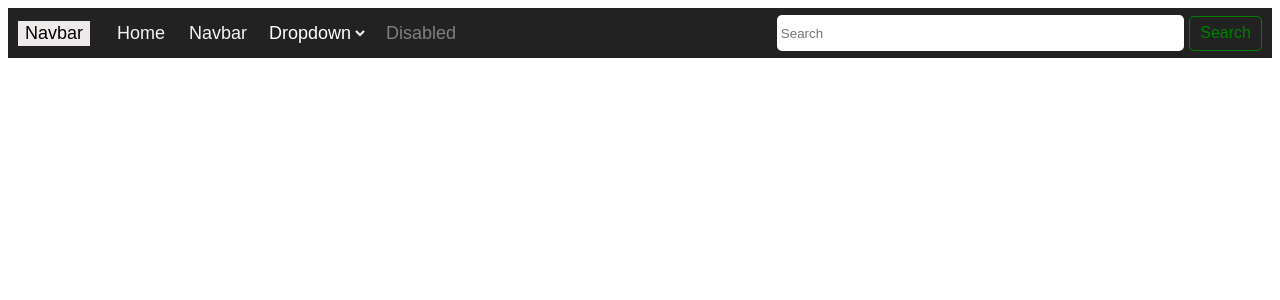
Repository: CryptoFamilyNFT/develhope
Page: html/svg.html
An editor plug-in stored every save of this project. The page is shown before and after the next save, followed by the edit.
The browser window is 1280 px wide. The pictures show the whole page.
The pointer rests on the first visible `.NavButton`.

Above is the page before, as saved 2024-11-02 11:15:06.

### html/svg.html
<!DOCTYPE html>
<html lang="en">

<head>
    <meta charset="UTF-8">
    <meta name="viewport" content="width=device-width, initial-scale=1.0">
    <title>Esercizio SVG</title>
</head>

<style>
    nav {
        background-color: #222;
        display: flex;
        flex-direction: row;
        height: 50px;
        width: 100%;
    }

    ul {
        list-style-type: none;
        display: flex;
        flex-direction: row;
        padding-inline-start: 10px;
        gap: 10px;
    }

    .BarSideLeft {
        padding-left: 10px;
    }

    select {
        background-color: transparent;
        font-size: 18px;
        font-size: large;
        color: white;
        border-color: transparent;
    }

    li {
        height: auto;
    }

    input {
        height: 60%;
        border: 2px solid transparent;
        border-radius: 5px;
        min-width: 50%;
        @media (max-width: 780px) {
            width: auto;
        }
    }

    .buttonSearch {
        padding: 5px 10px;
        height: 70%;
        background-color: transparent;
        border: 1px solid green;
        font-size: medium;
        border-radius: 5px;
        color: green
    }

    .GridBar {
        display: flex;
        flex-direction: row;
        grid-row: 1;
        align-items: center;
        width: 100%;
        height: 100%;
    }

    .RightSideBar {
        width: 100%;
        height: 100%;
        display: flex;
        flex-direction: row;
        justify-content: flex-end;
        padding-right: 10px;
        align-items: center;
        gap: 5px;
    }

    .LogoText {
        display: flex;
        flex-direction: row;
        padding-inline-start: 10px;
        align-items: center;
    }

    .NavButton {
        height: auto;
        background-color: transparent;
        border: 1px solid transparent;
        font-size: large;
        color: whitesmoke;
    }

    .NavButton:hover {
        background-color: rgb(239, 234, 234);
        color: black;
    }

    .NavButtonDisabled {
        height: auto;
        background-color: transparent;
        border: 1px solid transparent;
        font-size: large;
        color: gray;
    }
</style>

<body>
    <header>
        <nav>
            <div class="GridBar">
                <div class="LogoText">
                    <button class="NavButton">
                        Navbar
                    </button>
                </div>
                <div class="BarSideLeft">
                    <ul>
                        <li>
                            <button class="NavButton">
                                Home
                            </button>
                        </li>
                        <li>
                            <button class="NavButton">
                                Navbar
                            </button>
                        </li>
                        <li>
                            <select>
                                <option value="Dropdown">
                                    <div class="text">Dropdown</div>
                                </option>
                                <hr />
                                <option value="FAQ">FAQ</option>
                                <option value="T&C">T&C</option>
                            </select>
                        </li>
                        <li>
                            <button disabled class="NavButtonDisabled">
                                Disabled
                            </button>
                        </li>
                    </ul>
                </div>
                <div class="RightSideBar">
                    <input placeholder="Search">
                    <button class="buttonSearch">
                        Search
                    </button>
                </div>
            </div>
        </nav>
    </header>
    <main>
        <!-- Contento main -->
    </main>
    <footer>
        <!-- Contento footer -->
    </footer>
</body>

</html>

After the next save:
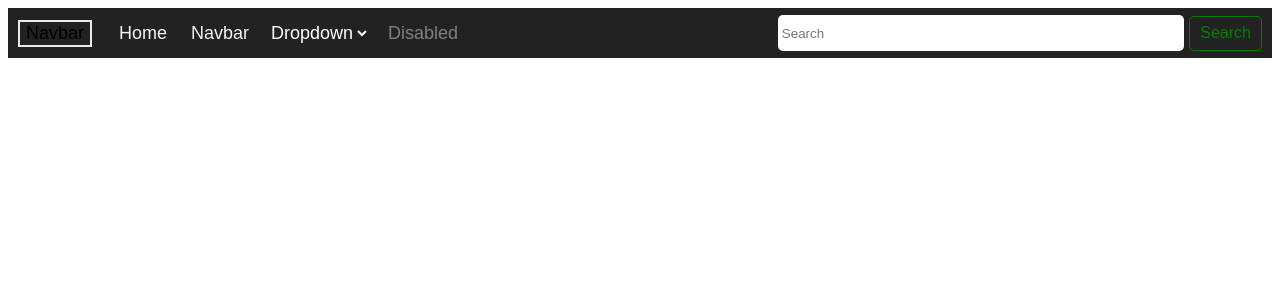
Saved 26 s later.
--- a/html/svg.html
+++ b/html/svg.html
@@ -96,7 +96,7 @@
     }
 
     .NavButton:hover {
-        background-color: rgb(239, 234, 234);
+        border: 2px solid rgb(239, 234, 234);
         color: black;
     }
 

After the save that followed:
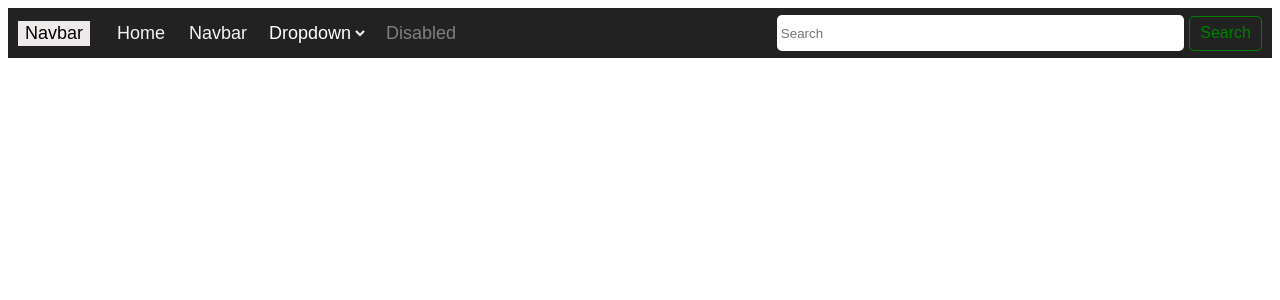
Saved 44 s later.
--- a/html/svg.html
+++ b/html/svg.html
@@ -96,7 +96,7 @@
     }
 
     .NavButton:hover {
-        border: 2px solid rgb(239, 234, 234);
+        background-color: rgb(239, 234, 234);
         color: black;
     }
 
